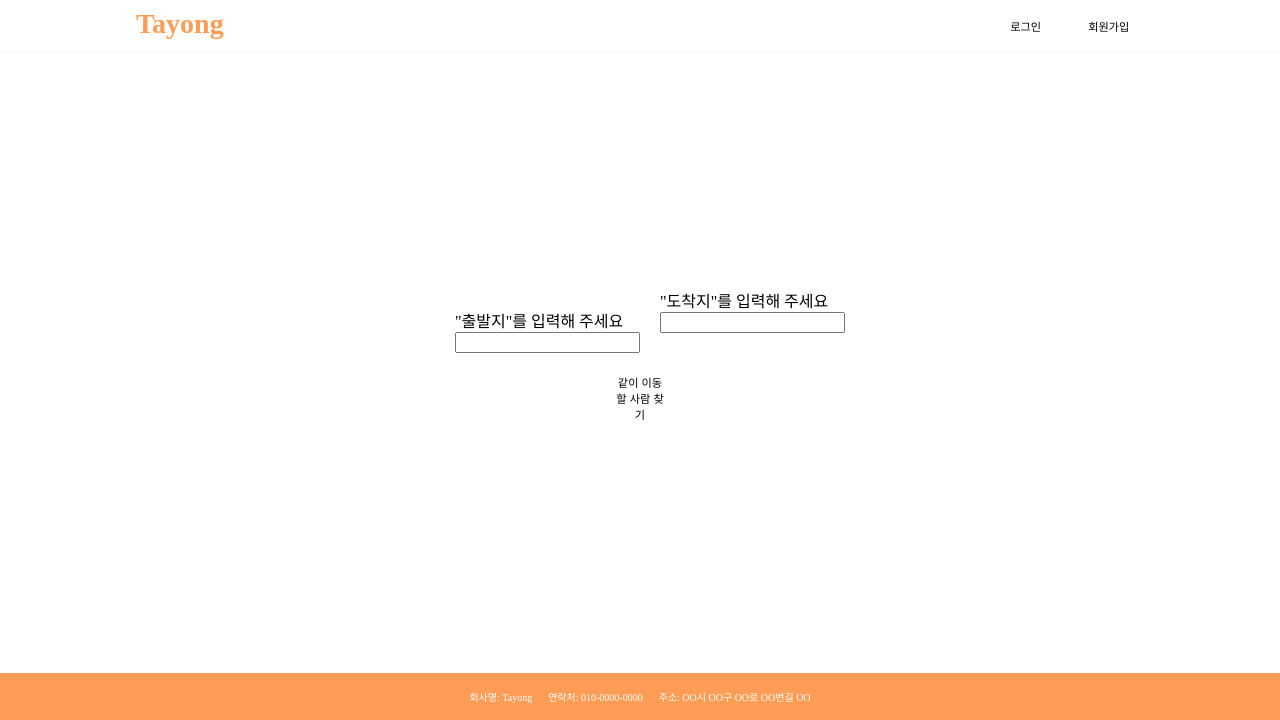
Repository: YEOMJINSEOP/playground
Page: / (app in tayong/)
An editor plug-in stored every save of this project. The page is shown before and after the next save, followed by the edit.
The browser window is 1280 px wide. The pictures show the whole page.
The project was rebuilt for these pictures with package versions that can differ from the ones it lists, and the page was loaded fresh each time.

Above is the page before, as saved 2022-10-28 14:16:50.

After the next save:
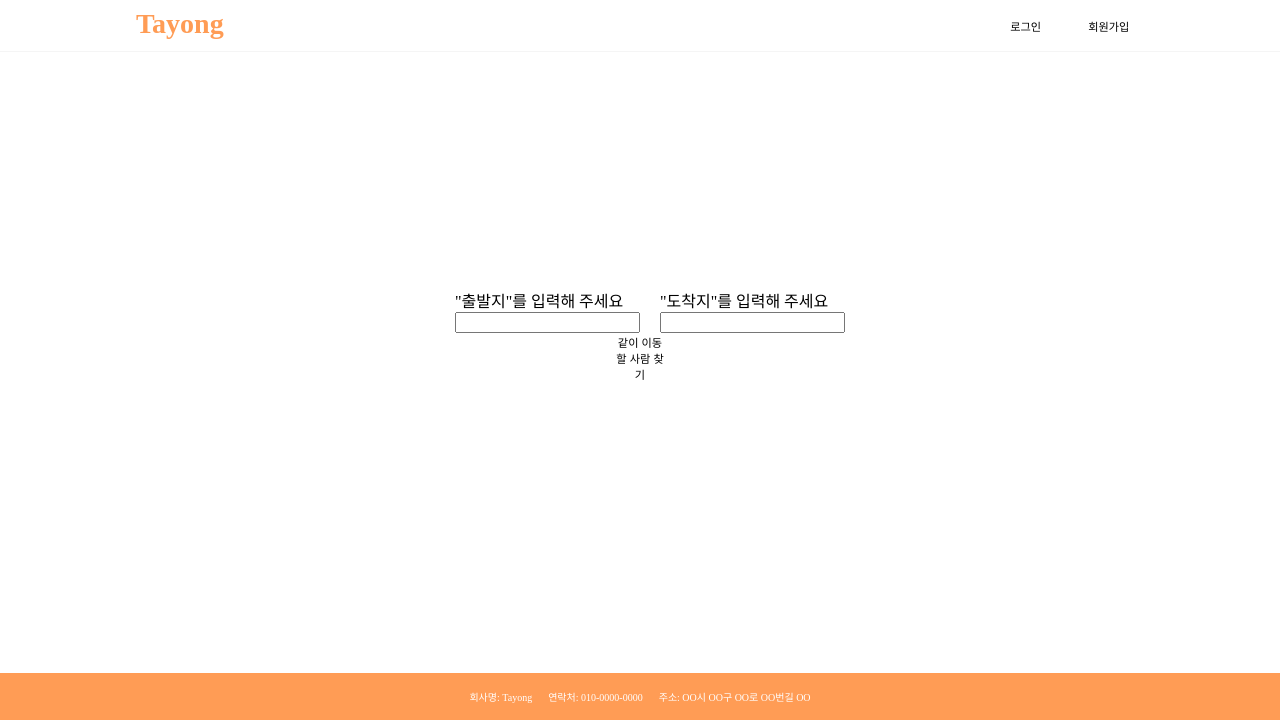
Saved 5 s later.
--- a/tayong/src/components/locationSelector/locationSelector.module.css
+++ b/tayong/src/components/locationSelector/locationSelector.module.css
@@ -19,5 +19,5 @@
 }
 
 .departure{
-  margin: 20px;
+  margin:0 20px;
 }
